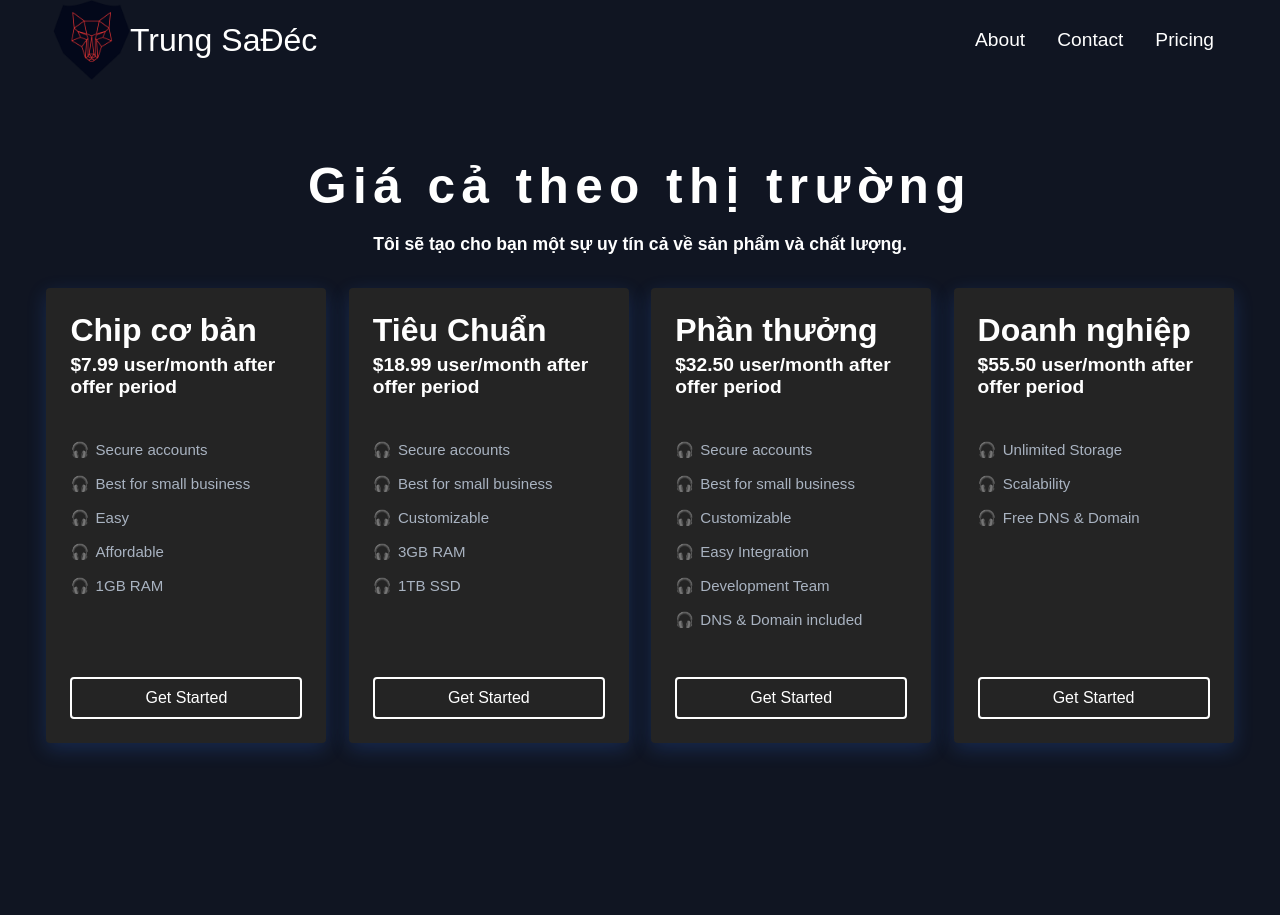
Repository: fdhhhdjd/Profile-Gift-B_H_Q_Trung
Page: /pricing
The author's editor kept a copy of each file at every save. The page is drawn from the files as they stood at one save, then again after the next save.
The browser window is 1280 px wide. The pictures show the whole page.
The project was rebuilt for these pictures with package versions that can differ from the ones it lists, and the page was loaded fresh each time. Also part of the build but not shown: src/App.css, src/Pages/Home.js, src/Styles/HeroStyles.js, src/Components/Hero.js. Imported but missing from the stored project, and not drawn on this page: src/Pages/SignUpPage.

Above is the page before, as saved 2021-10-28 16:54:00.

After the next save:
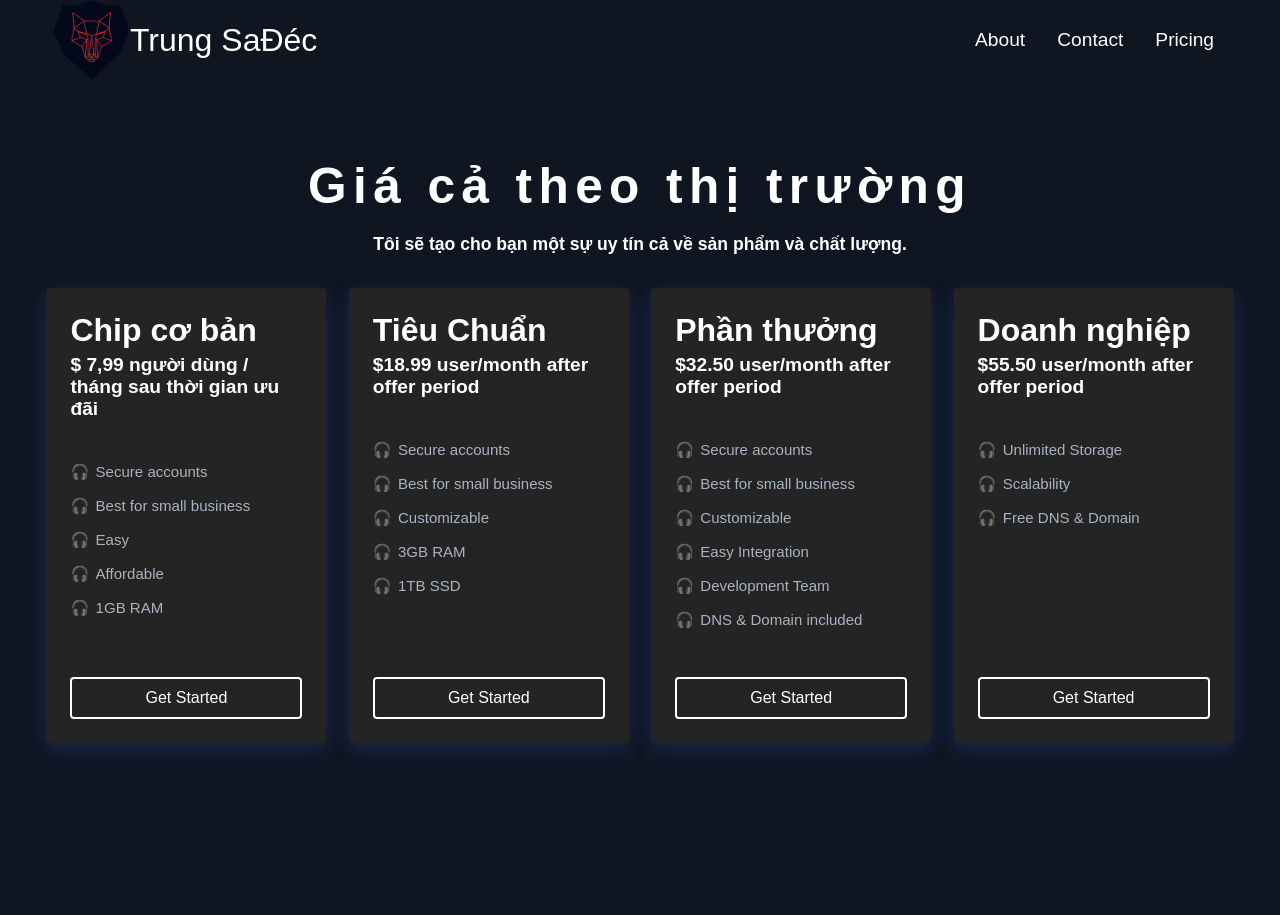
Saved 16 s later.
--- a/src/Data/PricingData.js
+++ b/src/Data/PricingData.js
@@ -1,7 +1,7 @@
 export const pricingData = [
   {
     title: "Chip cơ bản",
-    price: "$7.99 user/month after offer period",
+    price: "$ 7,99 người dùng / tháng sau thời gian ưu đãi",
     numAcc: "50-100 accounts",
     features: [
       "Secure accounts",
